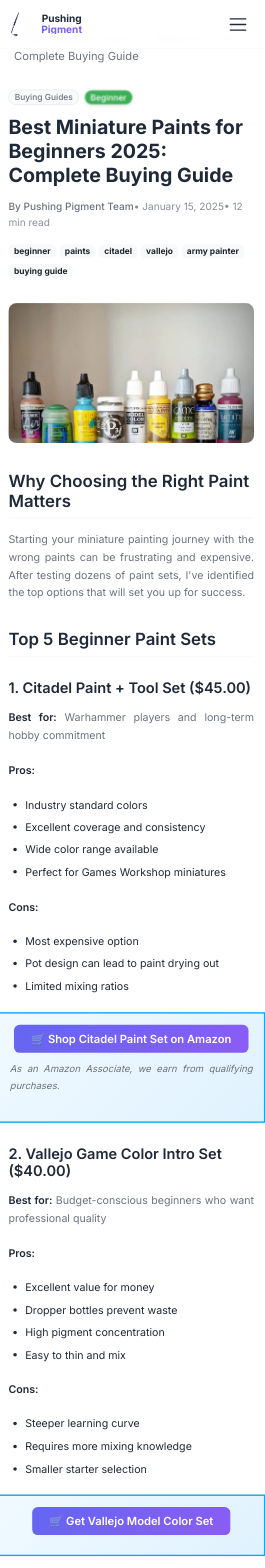
Repository: Aldentec/pushing-pigment-website
Page: /blog/best-miniature-paints-beginners-2025
An editor plug-in stored every save of this project. The page is shown before and after the next save, followed by the edit.
The browser window is 375 px wide. The page is 379 px wide, then 375 px, so the pictures cover 379 px, including what lies to the right of the window. The pictures show the part of the page from y = 0 to 2240 px (the page is 5209 px tall before and 5168 px after), at 70% of full size.
The project was rebuilt for these pictures with package versions that can differ from the ones it lists, and the page was loaded fresh each time. Also part of the build but not shown: src/components/Hero/Hero.css, src/components/Hero/Hero.jsx, src/pages/Home/Home.css, src/pages/Home/Home.jsx, src/data/tutorials.js, src/pages/Tutorials/Tutorials.jsx, src/components/ProductCard/ProductCard.jsx, src/data/products.js and 8 more.

Above is the page before, as saved 2025-08-17 06:52:50.

### public/index.html
<!DOCTYPE html>
<html lang="en">
  <head>
    <meta charset="utf-8" />

    <!-- Basic Meta Tags -->
    <meta name="viewport" content="width=device-width, initial-scale=1" />
    <meta name="theme-color" content="#6366f1" />

    <!-- SEO Meta Tags -->
    <title>Pushing Pigment - Master Miniature Painting | Tutorials, Tools & Techniques</title>
    <meta name="description" content="Learn miniature painting with expert tutorials, essential tool guides, and step-by-step techniques. From beginner basics to advanced methods - your complete miniature painting resource." />
    <meta name="keywords" content="miniature painting, warhammer painting, mini painting tutorials, painting techniques, miniature paints, brushes, primer, tabletop gaming, model painting, acrylic paints" />
    <meta name="author" content="Pushing Pigment" />
    <meta name="robots" content="index, follow" />
    <link rel="canonical" href="https://pushingpigment.com" />

    <!-- Open Graph / Facebook -->
    <meta property="og:type" content="website" />
    <meta property="og:url" content="https://pushingpigment.com" />
    <meta property="og:title" content="Pushing Pigment - Master Miniature Painting | Tutorials & Tools" />
    <meta property="og:description" content="Learn miniature painting with expert tutorials, essential tool guides, and step-by-step techniques. From beginner basics to advanced methods." />
    <meta property="og:image" content="https://pushingpigment.com/og-image.jpg" />
    <meta property="og:site_name" content="Pushing Pigment" />
    <meta property="og:locale" content="en_US" />

    <!-- Twitter Card -->
    <meta property="twitter:card" content="summary_large_image" />
    <meta property="twitter:url" content="https://pushingpigment.com" />
    <meta property="twitter:title" content="Pushing Pigment - Master Miniature Painting" />
    <meta property="twitter:description" content="Learn miniature painting with expert tutorials, essential tool guides, and step-by-step techniques." />
    <meta property="twitter:image" content="https://pushingpigment.com/twitter-card.jpg" />
    <meta property="twitter:creator" content="@pushingpigment" />

    <!-- Additional SEO Tags -->
    <meta name="geo.region" content="US" />
    <meta name="geo.placename" content="United States" />
    <meta name="language" content="en-US" />
    <meta name="revisit-after" content="7 days" />
    <meta name="rating" content="general" />

    <!-- Favicons -->
    <link rel="icon" href="%PUBLIC_URL%/favicon.ico" />
    <link rel="manifest" href="%PUBLIC_URL%/site.webmanifest" />
    <link rel="mask-icon" href="%PUBLIC_URL%/safari-pinned-tab.svg" color="#6366f1" />
    <meta name="msapplication-TileColor" content="#6366f1" />
    <meta name="msapplication-config" content="%PUBLIC_URL%/browserconfig.xml" />

    <!-- Preconnect for Performance -->
    <link rel="preconnect" href="https://fonts.googleapis.com" />
    <link rel="preconnect" href="https://fonts.gstatic.com" crossorigin />
    <link rel="preconnect" href="https://www.amazon.com" />

    <!-- Google Fonts -->
    <link href="https://fonts.googleapis.com/css2?family=Inter:wght@300;400;500;600;700&display=swap" rel="stylesheet" />

    <!-- Structured Data / JSON-LD -->
    <script type="application/ld+json">
    {
      "@context": "https://schema.org",
      "@type": "WebSite",
      "name": "Pushing Pigment",
      "description": "Master miniature painting with expert tutorials, essential tool guides, and step-by-step techniques for all skill levels.",
      "url": "https://pushingpigment.com",
      "potentialAction": {
        "@type": "SearchAction",
        "target": {
          "@type": "EntryPoint",
          "urlTemplate": "https://pushingpigment.com/search?q={search_term_string}"
        },
        "query-input": "required name=search_term_string"
      },
      "publisher": {
        "@type": "Organization",
        "name": "Pushing Pigment",
        "url": "https://pushingpigment.com",
        "logo": {
          "@type": "ImageObject",
          "url": "https://pushingpigment.com/logo.png"
        },
        "sameAs": [
          "https://youtube.com/@pushingpigment",
          "https://instagram.com/pushingpigment",
          "https://twitter.com/pushingpigment"
        ]
      }
    }
    </script>

    <script type="application/ld+json">
    {
      "@context": "https://schema.org",
      "@type": "EducationalOrganization",
      "name": "Pushing Pigment",
      "description": "Educational resource for miniature painting techniques and tutorials",
      "url": "https://pushingpigment.com",
      "courseMode": "online",
      "educationalLevel": "Beginner to Advanced",
      "teaches": [
        "Miniature Painting",
        "Model Painting Techniques",
        "Acrylic Painting",
        "Brush Techniques",
        "Color Theory",
        "Weathering Effects"
      ]
    }
    </script>

    <!-- Amazon Associates Disclaimer -->
    <meta name="amazon-affiliate" content="true" />

    <!-- Performance Hints -->
    <link rel="dns-prefetch" href="//amazon.com" />
    <link rel="dns-prefetch" href="//images-amazon.com" />
    <link rel="dns-prefetch" href="//google-analytics.com" />

    <!-- Security Headers -->
    <meta http-equiv="X-Content-Type-Options" content="nosniff" />
    <meta http-equiv="X-Frame-Options" content="DENY" />
    <meta http-equiv="X-XSS-Protection" content="1; mode=block" />
    <meta name="referrer" content="strict-origin-when-cross-origin" />

    <!-- Google tag (gtag.js) -->
    <script async src="https://www.googletagmanager.com/gtag/js?id=G-DWM4GB1EJW"></script>
    <script>
      window.dataLayer = window.dataLayer || [];
      function gtag(){dataLayer.push(arguments);}
      gtag('js', new Date());

      gtag('config', 'G-DWM4GB1EJW');
    </script>
  </head>

  <body>
    <noscript>
      <div style="text-align: center; padding: 50px; font-family: Arial, sans-serif;">
        <h1>JavaScript Required</h1>
        <p>You need to enable JavaScript to run this app and access all miniature painting tutorials and resources.</p>
        <p>Please enable JavaScript in your browser settings and reload the page.</p>
      </div>
    </noscript>

    <!-- Main App Container -->
    <div id="root"></div>

    <!-- Structured Data for Breadcrumbs -->
    <script type="application/ld+json">
    {
      "@context": "https://schema.org",
      "@type": "BreadcrumbList",
      "itemListElement": [
        {
          "@type": "ListItem",
          "position": 1,
          "name": "Home",
          "item": "https://pushingpigment.com"
        },
        {
          "@type": "ListItem",
          "position": 2,
          "name": "Getting Started",
          "item": "https://pushingpigment.com/products"
        },
        {
          "@type": "ListItem",
          "position": 3,
          "name": "Tutorials",
          "item": "https://pushingpigment.com/tutorials"
        }
      ]
    }
    </script>

    <!-- Service Worker Registration (Optional - for PWA features) -->
    <script>
      if ('serviceWorker' in navigator) {
        window.addEventListener('load', function() {
          navigator.serviceWorker.register('/sw.js')
            .then(function(registration) {
              console.log('SW registered: ', registration);
            })
            .catch(function(registrationError) {
              console.log('SW registration failed: ', registrationError);
            });
        });
      }
    </script>
  </body>
</html>

### src/App.jsx
import React from 'react';
import { BrowserRouter as Router, Routes, Route } from 'react-router-dom';
import { HelmetProvider } from 'react-helmet-async';
import 'bootstrap/dist/css/bootstrap.min.css';
import ScrollToTop from './components/ScrollToTop';
import './styles/global.css';
import './App.css';

// Components
import Navigation from './components/Navigation/Navigation';
import Footer from './components/Footer/Footer';

// Pages
import Home from './pages/Home/Home';
import Tutorials from './pages/Tutorials/Tutorials';
import Products from './pages/Products/Products';
import GettingStarted from './pages/GettingStarted/GettingStarted';
import Blog from './pages/Blog/Blog';
import BlogPost from './pages/Blog/BlogPost';


function App() {
  return (
    <HelmetProvider>
      <Router>
        <ScrollToTop />
        <div className="App">
          <Navigation />
          <main>
            <Routes>
              <Route path="/" element={<Home />} />
              <Route path="/getting-started" element={<GettingStarted />} />
              <Route path="/products" element={<Products />} />
              <Route path="/tutorials" element={<Tutorials />} />
              <Route path="/blog" element={<Blog />} />
              <Route path="/blog/:slug" element={<BlogPost />} />
            </Routes>
          </main>
          <Footer />
        </div>
      </Router>
    </HelmetProvider>
  );
}

export default App;

### src/styles/global.css
/* Global CSS for Pushing Pigment Website */

:root {
  --primary-color: #6366f1;
  --secondary-color: #8b5cf6;
  --accent-color: #f59e0b;
  --text-dark: #1f2937;
  --text-light: #6b7280;
  --bg-light: #f9fafb;
  --bg-white: #ffffff;
  --border-color: #e5e7eb;
  --shadow-sm: 0 1px 2px 0 rgb(0 0 0 / 0.05);
  --shadow-md: 0 4px 6px -1px rgb(0 0 0 / 0.1), 0 2px 4px -2px rgb(0 0 0 / 0.1);
  --shadow-lg: 0 10px 15px -3px rgb(0 0 0 / 0.1), 0 4px 6px -4px rgb(0 0 0 / 0.1);
  --gradient-primary: linear-gradient(135deg, var(--primary-color) 0%, var(--secondary-color) 100%);
  --gradient-accent: linear-gradient(135deg, var(--accent-color) 0%, #ef4444 100%);
}

* {
  margin: 0;
  padding: 0;
  box-sizing: border-box;
}

body {
  font-family: 'Inter', -apple-system, BlinkMacSystemFont, 'Segoe UI', 'Roboto', 'Oxygen', 'Ubuntu', 'Cantarell', sans-serif;
  line-height: 1.6;
  color: var(--text-dark);
  background-color: var(--bg-white);
  overflow-x: hidden;
}

/* Typography */
h1, h2, h3, h4, h5, h6 {
  font-weight: 600;
  line-height: 1.2;
  margin-bottom: 0.5rem;
}

h1 { font-size: 3rem; }
h2 { font-size: 2.5rem; }
h3 { font-size: 2rem; }
h4 { font-size: 1.5rem; }
h5 { font-size: 1.25rem; }
h6 { font-size: 1.1rem; }

p {
  margin-bottom: 1rem;
  color: var(--text-light);
}

/* Buttons */
.btn-primary-custom {
  background: var(--gradient-primary);
  border: none;
  border-radius: 8px;
  padding: 12px 24px;
  font-weight: 500;
  transition: all 0.3s ease;
  box-shadow: var(--shadow-sm);
}

.btn-primary-custom:hover {
  transform: translateY(-2px);
  box-shadow: var(--shadow-md);
  background: var(--gradient-primary);
  filter: brightness(1.1);
}

.btn-outline-custom {
  border: 2px solid var(--primary-color);
  color: var(--primary-color);
  background: transparent;
  border-radius: 8px;
  padding: 10px 22px;
  font-weight: 500;
  transition: all 0.3s ease;
}

.btn-outline-custom:hover {
  background: var(--primary-color);
  color: white;
  transform: translateY(-1px);
  box-shadow: var(--shadow-sm);
}

/* Cards */
.card-custom {
  border: none;
  border-radius: 12px;
  box-shadow: var(--shadow-sm);
  transition: all 0.3s ease;
  overflow: hidden;
}

.card-custom:hover {
  transform: translateY(-4px);
  box-shadow: var(--shadow-lg);
}

.card-custom .card-header {
  background: var(--bg-light);
  border-bottom: 1px solid var(--border-color);
  padding: 1.5rem;
}

.card-custom .card-body {
  padding: 1.5rem;
}

/* Sections */
.section-padding {
  padding: 5rem 0;
}

.section-light {
  background-color: var(--bg-light);
}

/* Gradients */
.gradient-bg {
  background: var(--gradient-primary);
}

.gradient-text {
  background: var(--gradient-primary);
  -webkit-background-clip: text;
  -webkit-text-fill-color: transparent;
  background-clip: text;
}

/* Animations */
@keyframes fadeInUp {
  from {
    opacity: 0;
    transform: translateY(30px);
  }
  to {
    opacity: 1;
    transform: translateY(0);
  }
}

.fade-in-up {
  animation: fadeInUp 0.6s ease-out;
}

/* Utilities */
.text-primary-custom {
  color: var(--primary-color) !important;
}

.bg-light-custom {
  background-color: var(--bg-light) !important;
}

.border-radius-lg {
  border-radius: 12px !important;
}

/* Responsive */
@media (max-width: 768px) {
  h1 { font-size: 2.5rem; }
  h2 { font-size: 2rem; }
  h3 { font-size: 1.75rem; }

  .section-padding {
    padding: 3rem 0;
  }
}

### src/App.css
/* App-specific styles */
.App {
  min-height: 100vh;
  display: flex;
  flex-direction: column;
}

main {
  flex: 1;
}

/* Global overrides for Bootstrap */
.btn:focus {
  box-shadow: none;
}

.btn-primary {
  background: var(--gradient-primary);
  border: none;
}

.btn-primary:hover,
.btn-primary:focus,
.btn-primary:active {
  background: var(--gradient-primary);
  filter: brightness(1.1);
  border: none;
}

.btn-outline-primary {
  border-color: var(--primary-color);
  color: var(--primary-color);
}

.btn-outline-primary:hover,
.btn-outline-primary:focus,
.btn-outline-primary:active {
  background: var(--primary-color);
  border-color: var(--primary-color);
  color: white;
}

/* Custom scrollbar */
::-webkit-scrollbar {
  width: 8px;
}

::-webkit-scrollbar-track {
  background: var(--bg-light);
}

::-webkit-scrollbar-thumb {
  background: var(--primary-color);
  border-radius: 4px;
}

::-webkit-scrollbar-thumb:hover {
  background: var(--secondary-color);
}

/* Smooth scrolling */
html {
  scroll-behavior: smooth;
}

/* Focus styles for accessibility */
*:focus {
  outline: 2px solid var(--primary-color);
  outline-offset: 2px;
}

.btn:focus,
.form-control:focus,
.form-select:focus {
  outline: none;
  box-shadow: 0 0 0 0.2rem rgba(99, 102, 241, 0.25);
}

### src/components/Navigation/Navigation.css
.custom-navbar {
  background: rgba(255, 255, 255, 0.95);
  backdrop-filter: blur(10px);
  border-bottom: 1px solid rgba(229, 231, 235, 0.3);
  transition: all 0.3s ease;
  padding: 1rem 0;
}

.custom-navbar.scrolled {
  background: rgba(255, 255, 255, 0.98);
  box-shadow: 0 4px 20px rgba(0, 0, 0, 0.1);
  padding: 0.5rem 0;
}

.brand-logo {
  font-size: 1.8rem;
  font-weight: 700;
  text-decoration: none;
  display: flex;
  align-items: center;
  gap: 0.75rem;
  transition: all 0.3s ease;
}

.brand-logo:hover {
  text-decoration: none;
  transform: scale(1.02);
}

/* Logo container with fallback logic */
.logo-container {
  position: relative;
  width: 40px;
  height: 40px;
  display: flex;
  align-items: center;
  justify-content: center;
}

.navbar-logo {
  height: 40px;
  width: auto;
  max-width: 40px;
  object-fit: contain;
  transition: all 0.3s ease;
  position: absolute;
  top: 0;
  left: 0;
}

.custom-navbar.scrolled .navbar-logo {
  height: 35px;
}

.custom-navbar.scrolled .logo-container {
  width: 35px;
  height: 35px;
}

/* Fallback paintbrush icon */
.paintbrush-icon-fallback {
  font-size: 1.8rem;
  line-height: 1;
  position: absolute;
  top: 50%;
  left: 50%;
  transform: translate(-50%, -50%);
  z-index: -1; /* Behind the image, shows only if image fails */
}

.custom-navbar.scrolled .paintbrush-icon-fallback {
  font-size: 1.6rem;
}

/* If you want to force show only the emoji (for testing) */
.logo-container.force-emoji .navbar-logo {
  display: none !important;
}

.logo-container.force-emoji .paintbrush-icon-fallback {
  z-index: 1;
}

.brand-text-container {
  display: flex;
  flex-direction: row;
  align-items: center;
  gap: 0.25rem;
}

.brand-text {
  color: var(--text-dark);
}

.brand-accent {
  background: var(--gradient-primary);
  -webkit-background-clip: text;
  -webkit-text-fill-color: transparent;
  background-clip: text;
}

.navbar-nav .nav-link {
  font-weight: 500;
  color: var(--text-dark) !important;
  margin: 0 0.5rem;
  padding: 0.5rem 1rem !important;
  border-radius: 8px;
  transition: all 0.3s ease;
  position: relative;
}

.navbar-nav .nav-link:hover {
  color: var(--primary-color) !important;
  background: var(--bg-light);
}

.navbar-nav .nav-link.active {
  color: var(--primary-color) !important;
  background: var(--bg-light);
}

.navbar-nav .nav-link.active::after {
  content: '';
  position: absolute;
  bottom: -2px;
  left: 50%;
  transform: translateX(-50%);
  width: 20px;
  height: 3px;
  background: var(--gradient-primary);
  border-radius: 2px;
}

.navbar-toggler {
  border: none;
  padding: 0.25rem 0.5rem;
}

.navbar-toggler:focus {
  box-shadow: none;
}

.navbar-toggler-icon {
  background-image: url("data:[embedded picture, 228 characters]");
}

@media (max-width: 991px) {
  .custom-navbar {
    padding: 0.75rem 0;
  }

  .navbar-nav .nav-link {
    margin: 0.25rem 0;
    text-align: center;
  }

  .navbar-nav .nav-link.active::after {
    display: none;
  }

  .logo-container {
    width: 35px;
    height: 35px;
  }

  .navbar-logo {
    height: 35px;
  }

  .paintbrush-icon-fallback {
    font-size: 1.6rem;
  }

  .brand-text-container {
    flex-direction: column;
    gap: 0;
    line-height: 1;
  }

  .brand-text, .brand-accent {
    font-size: 0.9rem;
  }
}

### src/components/Footer/Footer.css
.site-footer {
  background: linear-gradient(135deg, var(--text-dark) 0%, #374151 100%);
  color: white;
  padding: 3rem 0 1rem;
  margin-top: 4rem;
}

.footer-section {
  margin-bottom: 2rem;
}

.footer-brand {
  font-size: 1.5rem;
  font-weight: 700;
  margin-bottom: 1rem;
  display: flex;
  align-items: center;
}

.footer-brand .brand-text {
  color: white;
  margin-right: 0.25rem;
}

.footer-brand .brand-accent {
  background: var(--gradient-primary);
  -webkit-background-clip: text;
  -webkit-text-fill-color: transparent;
  background-clip: text;
}

.footer-description {
  color: rgba(255, 255, 255, 0.8);
  line-height: 1.6;
  margin-bottom: 1.5rem;
  font-size: 0.95rem;
}

.social-links {
  display: flex;
  gap: 1rem;
}

.social-link {
  display: inline-flex;
  align-items: center;
  justify-content: center;
  width: 40px;
  height: 40px;
  background: rgba(255, 255, 255, 0.1);
  border-radius: 50%;
  color: white;
  text-decoration: none;
  font-size: 1.2rem;
  transition: all 0.3s ease;
}

### src/pages/Blog/BlogPost.css
/* Individual Blog Post Styles */
.blog-post-page {
  min-height: 100vh;
  padding: 2rem 0 4rem;
}

.blog-breadcrumb {
  margin-bottom: 2rem;
}

.breadcrumb {
  background: none;
  padding: 0;
  margin: 0;
}

.breadcrumb-item a {
  color: var(--primary-color);
  text-decoration: none;
}

.breadcrumb-item a:hover {
  text-decoration: underline;
}

.breadcrumb-item.active {
  color: var(--text-light);
}

/* Post Header */
.blog-post-header {
  margin-bottom: 2rem;
}

.post-title {
  font-size: 2.5rem;
  font-weight: 700;
  line-height: 1.2;
  color: var(--text-dark);
  margin-bottom: 1rem;
}

.post-meta-details {
  color: var(--text-light);
  font-size: 0.9rem;
  margin-bottom: 1rem;
}

.post-author {
  font-weight: 500;
}

.post-date, .post-read-time {
  opacity: 0.8;
}

.post-tags .tag-badge {
  font-size: 0.75rem;
  padding: 0.25rem 0.5rem;
  border-radius: 8px;
  margin-right: 0.25rem;
  margin-bottom: 0.25rem;
}

/* Featured Image */
.featured-image-container {
  position: relative;
  width: 100%;
  height: 400px;
  overflow: hidden;
  border-radius: 12px;
  background: var(--bg-light);
}

.featured-image {
  width: 100%;
  height: 100%;
  object-fit: cover;
}

.featured-image-placeholder {
  width: 100%;
  height: 100%;
  display: flex;
  flex-direction: column;
  align-items: center;
  justify-content: center;
  background: linear-gradient(135deg, #f8fafc 0%, #e2e8f0 100%);
  color: var(--text-light);
}

.image-icon {
  font-size: 3rem;
  margin-bottom: 1rem;
}

/* Post Content */
.post-content {
  font-size: 1.1rem;
  line-height: 1.7;
  color: var(--text-dark);
}

.post-content h2 {
  font-size: 1.8rem;
  font-weight: 600;
  margin: 2.5rem 0 1rem;
  color: var(--text-dark);
  border-bottom: 2px solid var(--bg-light);
  padding-bottom: 0.5rem;
}

.post-content h3 {
  font-size: 1.4rem;
  font-weight: 600;
  margin: 2rem 0 1rem;
  color: var(--text-dark);
}

.post-content h4 {
  font-size: 1.2rem;
  font-weight: 600;
  margin: 1.5rem 0 0.75rem;
  color: var(--text-dark);
}

.post-content p {
  margin-bottom: 1.5rem;
  text-align: justify;
}

.post-content ul, .post-content ol {
  margin-bottom: 1.5rem;
  padding-left: 2rem;
}

.post-content li {
  margin-bottom: 0.5rem;
  line-height: 1.6;
}

.post-content strong {
  font-weight: 600;
  color: var(--text-dark);
}

.post-content blockquote {
  border-left: 4px solid var(--primary-color);
  padding: 1rem 1.5rem;
  margin: 2rem 0;
  background: var(--bg-light);
  border-radius: 0 8px 8px 0;
  font-style: italic;
}

/* Affiliate Sections */
.affiliate-section {
  background: linear-gradient(135deg, #f0f9ff 0%, #e0f2fe 100%);
  border: 2px solid #0ea5e9;
  border-radius: 12px;
  padding: 1.5rem;
  margin: 2rem 0;
  text-align: center;
}

.affiliate-btn {
  font-size: 1.1rem;
  font-weight: 600;
  padding: 0.75rem 2rem;
  border-radius: 8px;
  margin-bottom: 0.75rem;
  display: inline-block;
  text-decoration: none;
  transition: all 0.3s ease;
}

.affiliate-btn:hover {
  transform: translateY(-2px);
  box-shadow: var(--shadow-md);
  text-decoration: none;
}

.affiliate-note {
  font-size: 0.85rem;
  color: var(--text-light);
  margin: 0;
  font-style: italic;
}

/* Shopping List Styles */
.shopping-list {
  background: var(--bg-light);
  border-radius: 12px;
  padding: 1.5rem;
  margin: 2rem 0;
}

.shopping-list h4 {
  color: var(--primary-color);
  margin-bottom: 1rem;
}

.shopping-list ul {
  margin-bottom: 1.5rem;
}

/* Related Posts */
.related-posts-title {
  font-size: 1.8rem;
  font-weight: 600;
  margin-bottom: 2rem;
  color: var(--text-dark);
  text-align: center;
  position: relative;
}

.related-posts-title::after {
  content: '';
  position: absolute;
  bottom: -8px;
  left: 50%;
  transform: translateX(-50%);
  width: 60px;
  height: 3px;
  background: var(--gradient-primary);
  border-radius: 2px;
}

.related-post-card {
  border: none;
  border-radius: 12px;
  box-shadow: var(--shadow-sm);
  transition: all 0.3s ease;
  overflow: hidden;
}

.related-post-card:hover {
  transform: translateY(-4px);
  box-shadow: var(--shadow-md);
}

.related-image-container {
  position: relative;
  height: 150px;
  overflow: hidden;
  background: var(--bg-light);
}

.related-image {
  width: 100%;
  height: 100%;
  object-fit: cover;
  transition: transform 0.3s ease;
}

.related-post-card:hover .related-image {
  transform: scale(1.05);
}

.related-image-placeholder {
  width: 100%;
  height: 100%;
  display: flex;
  align-items: center;
  justify-content: center;
  background: linear-gradient(135deg, #f8fafc 0%, #e2e8f0 100%);
  color: var(--text-light);
}

.related-icon {
  font-size: 1.5rem;
}

.related-title {
  font-size: 0.95rem;
  font-weight: 600;
  line-height: 1.3;
  margin-bottom: 0.5rem;
}

.related-title a {
  color: var(--text-dark);
  text-decoration: none;
  transition: color 0.3s ease;
}

.related-title a:hover {
  color: var(--primary-color);
}

.related-excerpt {
  font-size: 0.85rem;
  color: var(--text-light);
  line-height: 1.4;
  margin-bottom: 0.75rem;
}

/* Responsive Design */
@media (max-width: 768px) {
  .blog-post-page {
    padding: 1rem 0 3rem;
  }

  .post-title {
    font-size: 2rem;
  }

  .featured-image-container {
    height: 250px;
  }

  .post-content {
    font-size: 1rem;
  }

  .post-content h2 {
    font-size: 1.5rem;
  }

  .post-content h3 {
    font-size: 1.3rem;
  }

  .affiliate-section {
    padding: 1rem;
  }

  .affiliate-btn {
    font-size: 1rem;
    padding: 0.5rem 1.5rem;
  }

  .related-image-container {
    height: 120px;
  }
}

@media (max-width: 576px) {
  .post-title {
    font-size: 1.75rem;
  }

  .featured-image-container {
    height: 200px;
  }

  .post-content {
    font-size: 0.95rem;
  }

  .post-content ul, .post-content ol {
    padding-left: 1.5rem;
  }

  .affiliate-section {
    margin: 1.5rem -1rem;
    border-radius: 0;
  }
}

Loaded but not shown: src/index.tsx (common file); src/index.css (common file); src/reportWebVitals.ts (common file); src/components/ScrollToTop.js (common file); src/data/blogPosts.js (91 lines, source omitted); src/components/GettingStarted/GettingStarted.css (688 lines, source omitted); src/pages/Blog/BlogPost.jsx (287 lines, source omitted); src/pages/Tutorials/Tutorials.css (470 lines, source omitted); src/components/ProductCard/ProductCard.css (347 lines, source omitted); src/components/Footer/Footer.jsx (129 lines, source omitted); src/pages/Blog/Blog.css (239 lines, source omitted); src/components/Navigation/Navigation.jsx (122 lines, source omitted)

After the next save:
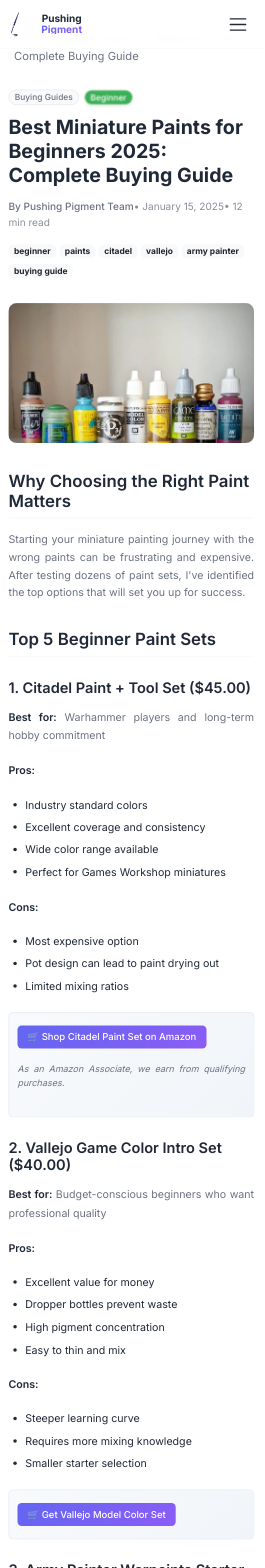
Saved 2 min 2 s later.
--- a/src/pages/Blog/BlogPost.css
+++ b/src/pages/Blog/BlogPost.css
@@ -155,53 +155,55 @@
 
 /* Affiliate Sections */
 .affiliate-section {
-  background: linear-gradient(135deg, #f0f9ff 0%, #e0f2fe 100%);
-  border: 2px solid #0ea5e9;
-  border-radius: 12px;
-  padding: 1.5rem;
-  margin: 2rem 0;
-  text-align: center;
+  background: linear-gradient(135deg, #f8fafc 0%, #f1f5f9 100%);
+  border: 1px solid #e2e8f0;
+  border-radius: 8px;
+  padding: 1rem 1.25rem;
+  margin: 1.5rem 0;
+  text-align: left;
 }
 
 .affiliate-btn {
-  font-size: 1.1rem;
-  font-weight: 600;
-  padding: 0.75rem 2rem;
-  border-radius: 8px;
-  margin-bottom: 0.75rem;
+  font-size: 0.95rem;
+  font-weight: 500;
+  padding: 0.5rem 1.25rem;
+  border-radius: 6px;
+  margin: 0.5rem 0.5rem 0.5rem 0;
   display: inline-block;
   text-decoration: none;
-  transition: all 0.3s ease;
+  transition: all 0.2s ease;
 }
 
 .affiliate-btn:hover {
-  transform: translateY(-2px);
-  box-shadow: var(--shadow-md);
+  transform: translateY(-1px);
+  box-shadow: 0 2px 8px rgba(0,0,0,0.1);
   text-decoration: none;
 }
 
 .affiliate-note {
-  font-size: 0.85rem;
-  color: var(--text-light);
-  margin: 0;
+  font-size: 0.8rem;
+  color: var(--text-light);
+  margin: 0.75rem 0 0 0;
   font-style: italic;
 }
 
 /* Shopping List Styles */
 .shopping-list {
-  background: var(--bg-light);
-  border-radius: 12px;
-  padding: 1.5rem;
-  margin: 2rem 0;
+  background: #f8fafc;
+  border: 1px solid #e2e8f0;
+  border-radius: 8px;
+  padding: 1.25rem;
+  margin: 1.5rem 0;
 }
 
 .shopping-list h4 {
-  color: var(--primary-color);
-  margin-bottom: 1rem;
+  color: var(--text-dark);
+  margin-bottom: 1rem;
+  font-size: 1.1rem;
 }
 
 .shopping-list ul {
-  margin-bottom: 1.5rem;
+  margin-bottom: 1rem;
 }
 
 /* Related Posts */
@@ -322,12 +324,14 @@
   }
 
   .affiliate-section {
-    padding: 1rem;
+    padding: 0.875rem 1rem;
+    margin: 1.25rem 0;
   }
 
   .affiliate-btn {
-    font-size: 1rem;
-    padding: 0.5rem 1.5rem;
+    font-size: 0.9rem;
+    padding: 0.45rem 1rem;
+    margin: 0.375rem 0.375rem 0.375rem 0;
   }
 
   .related-image-container {
@@ -353,7 +357,13 @@
   }
 
   .affiliate-section {
-    margin: 1.5rem -1rem;
-    border-radius: 0;
-  }
-}
+    margin: 1rem 0;
+    padding: 0.75rem;
+    border-radius: 6px;
+  }
+
+  .affiliate-btn {
+    font-size: 0.85rem;
+    padding: 0.4rem 0.875rem;
+  }
+}
